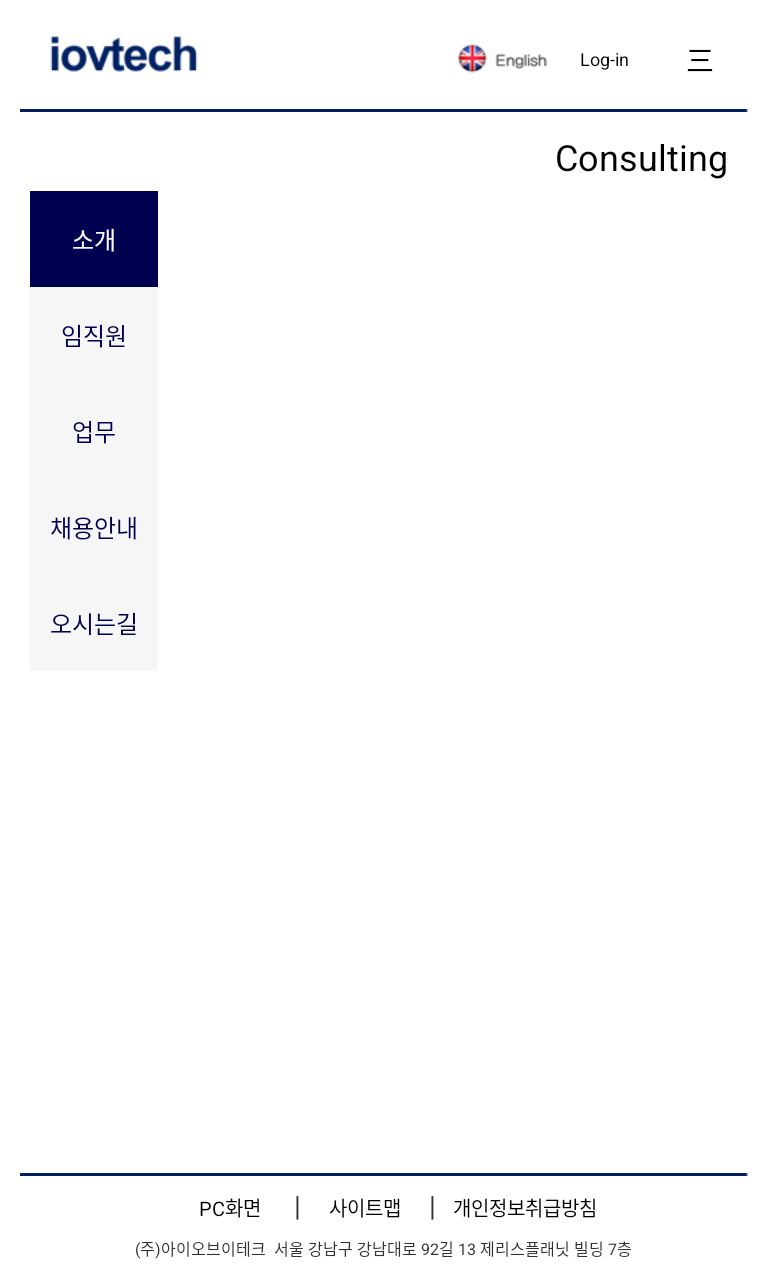
Repository: hyekkyung/CDH_Tutorials
Layout: Mobile_IOV/res/layout/m_consulting.xml
An editor plug-in stored every save of this project. The layout is shown before and after the next save, followed by the edit.
It is drawn on a 768 x 1280 px phone screen (xhdpi) without system bars, with theme AppTheme; the app's code is not run.

Above is the layout before, as saved 2015-02-02 08:35:33.

### Mobile_IOV/res/layout/m_consulting.xml
<?xml version="1.0" encoding="utf-8"?>
<RelativeLayout xmlns:android="http://schemas.android.com/apk/res/android"
    android:layout_width="match_parent"
    android:layout_height="match_parent"
    android:paddingLeft="10sp"
    android:paddingRight="10sp"
    android:paddingBottom="10sp"
    android:paddingTop="5sp" >

    <LinearLayout
        android:id="@+id/linearLayout1"
        android:layout_width="wrap_content"
        android:layout_height="wrap_content"
        android:layout_alignParentLeft="true"
        android:layout_alignParentRight="true"
        android:layout_alignParentTop="true" >

        <ImageButton
       		android:id="@+id/home_btn"
            style="?android:attr/buttonStyleSmall"
            android:layout_width="wrap_content"
            android:layout_height="wrap_content"
            android:background="#FFFFFF"
            android:src="@drawable/logo_03" />

        <ImageButton
       		android:id="@+id/kor_btn"
            style="?android:attr/buttonStyleSmall"
            android:layout_width="wrap_content"
            android:layout_height="wrap_content"
            android:background="#FFFFFF"
            android:layout_weight="0.5"
            android:layout_marginLeft="25sp"
            android:onClick="mOnclick" />

        <ImageView
       		android:id="@+id/lang_btn"
            android:layout_width="wrap_content"
            android:layout_height="wrap_content"
            android:background="@drawable/eng_btn"
            android:paddingLeft="3sp"
            android:onClick="mOnclick"
            android:layout_gravity="center" />

        <Button
       		android:id="@+id/join_btn"
            style="?android:attr/buttonStyleSmall"
            android:layout_width="wrap_content"
            android:layout_height="wrap_content"
            android:background="#FFFFFF"
            android:text="Log-in"
            android:textSize="9sp"
            android:layout_gravity="center" />

        <Button
       		android:id="@+id/sub_btn"
            style="?android:attr/buttonStyleSmall"
            android:layout_width="wrap_content"
            android:layout_height="wrap_content"
            android:background="#FFFFFF"
            android:text="三"
            android:layout_gravity="center" />

    </LinearLayout>

    <ImageView
        android:id="@+id/imageView1"
        android:layout_width="wrap_content"
        android:layout_height="wrap_content"
        android:layout_below="@+id/linearLayout1"
        android:layout_centerHorizontal="true"
        android:src="@drawable/sep_line" />

    <TextView
        android:id="@+id/textView1"
        android:layout_width="wrap_content"
        android:layout_height="wrap_content"
        android:layout_alignParentBottom="true"
        android:layout_centerHorizontal="true"
        android:paddingTop="5sp"
        android:text="(주)아이오브이테크  서울 강남구 강남대로 92길 13 제리스플래닛 빌딩 7층"
        android:textSize="8sp" />

    <LinearLayout
        android:id="@+id/linearLayout2"
        android:layout_width="wrap_content"
        android:layout_height="wrap_content"
        android:layout_above="@+id/textView1"
        android:layout_centerHorizontal="true" >

        <Button
            android:id="@+id/pc_btn"
            android:layout_width="wrap_content"
            android:layout_height="20sp"
            android:background="#FFFFFF"
            android:text=" PC화면 "
            android:textSize="10sp" />

        <TextView
            android:layout_width="wrap_content"
            android:layout_height="wrap_content"
            android:text="|"
            android:textAppearance="?android:attr/textAppearanceSmall" />

        <Button
            android:id="@+id/sitemap_btn"
            android:layout_width="wrap_content"
            android:layout_height="20sp"
            android:background="#FFFFFF"
            android:text=" 사이트맵 "
            android:textSize="10sp" />

        <TextView
            android:layout_width="wrap_content"
            android:layout_height="wrap_content"
            android:text="| "
            android:textAppearance="?android:attr/textAppearanceSmall" />

        <Button
            android:id="@+id/personal_btn"
            android:layout_width="wrap_content"
            android:layout_height="20sp"
            android:background="#FFFFFF"
            android:text="  개인정보취급방침 "
            android:textSize="10sp" />
    </LinearLayout>

    <ImageView
        android:id="@+id/imageView3"
        android:layout_width="wrap_content"
        android:layout_height="wrap_content"
        android:layout_above="@+id/linearLayout2"
        android:layout_alignLeft="@+id/imageView1"
        android:paddingTop="5sp"
        android:paddingBottom="5sp"
        android:src="@drawable/sep_line" />

    <LinearLayout
        android:layout_width="wrap_content"
        android:layout_height="wrap_content"
        android:layout_above="@+id/imageView3"
        android:layout_alignParentLeft="true"
        android:layout_alignRight="@+id/imageView3"
        android:layout_below="@+id/imageView1"
        android:paddingBottom="10sp"
        android:paddingRight="10sp"
        android:paddingLeft="5sp"
        android:paddingTop="10sp"
        android:orientation="vertical" >

        <TextView
            android:id="@+id/textView2"
            android:layout_width="wrap_content"
            android:layout_height="wrap_content"
            android:paddingBottom="5sp"
            android:paddingLeft="5sp"
            android:text="Consulting"
            android:textAppearance="?android:attr/textAppearanceMedium"
            android:layout_gravity="right" />

        <LinearLayout
            android:layout_width="match_parent"
            android:layout_height="match_parent" >

            <LinearLayout
                android:layout_width="wrap_content"
                android:layout_height="match_parent"
                android:orientation="vertical" >

                <Button
                    android:id="@+id/cs_1"
                    android:layout_width="wrap_content"
                    android:layout_height="wrap_content"
                    android:text="소개"
                    android:textSize="12sp"
                    android:textColor="#FAFAFA"
                    android:background="#000051" />

                <Button
                    android:id="@+id/cs_2"
                    android:layout_width="wrap_content"
                    android:layout_height="wrap_content"
                    android:background="#F6F6F6"
                    android:text="임직원"
                    android:textColor="#000051"
                    android:textSize="12sp" />

                <Button
                    android:id="@+id/cs_3"
                    android:layout_width="wrap_content"
                    android:layout_height="wrap_content"
                    android:background="#F6F6F6"
                    android:text="업무"
                    android:textColor="#000051"
                    android:textSize="12sp" />

                <Button
                    android:id="@+id/cs_4"
                    android:layout_width="wrap_content"
                    android:layout_height="wrap_content"
                    android:background="#F6F6F6"
                    android:text="채용안내"
                    android:textColor="#000051"
                    android:textSize="12sp" />

                <Button
                    android:id="@+id/cs_5"
                    android:layout_width="wrap_content"
                    android:layout_height="wrap_content"
                    android:background="#F6F6F6"
                    android:text="오시는길"
                    android:textColor="#000051"
                    android:textSize="12sp" />

            </LinearLayout>

            <ScrollView
                android:id="@+id/scrollView1"
                android:layout_width="match_parent"
                android:layout_height="match_parent" >
            </ScrollView>

        </LinearLayout>

    </LinearLayout>

</RelativeLayout>

Loaded but not shown: Mobile_IOV/res/values/styles.xml (common file); Mobile_IOV/res/values-v11/styles.xml (common file); Mobile_IOV/res/values-v14/styles.xml (common file)

After the next save:
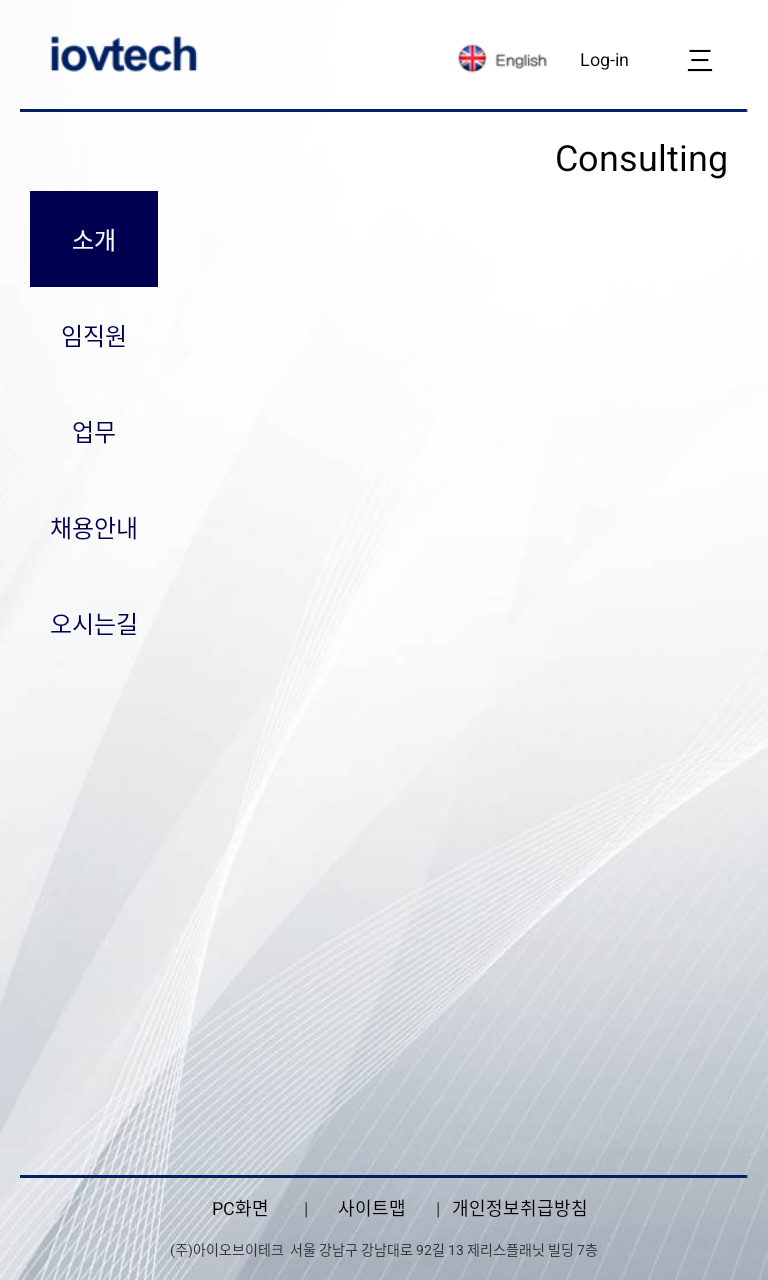
Saved 68 s later.
--- a/Mobile_IOV/res/layout/m_consulting.xml
+++ b/Mobile_IOV/res/layout/m_consulting.xml
@@ -2,9 +2,10 @@
 <RelativeLayout xmlns:android="http://schemas.android.com/apk/res/android"
     android:layout_width="match_parent"
     android:layout_height="match_parent"
+    android:background="@drawable/bg_main"
+    android:paddingBottom="10sp"
     android:paddingLeft="10sp"
     android:paddingRight="10sp"
-    android:paddingBottom="10sp"
     android:paddingTop="5sp" >
 
     <LinearLayout
@@ -20,7 +21,7 @@
             style="?android:attr/buttonStyleSmall"
             android:layout_width="wrap_content"
             android:layout_height="wrap_content"
-            android:background="#FFFFFF"
+            android:background="#00000000"
             android:src="@drawable/logo_03" />
 
         <ImageButton
@@ -28,7 +29,7 @@
             style="?android:attr/buttonStyleSmall"
             android:layout_width="wrap_content"
             android:layout_height="wrap_content"
-            android:background="#FFFFFF"
+            android:background="#00000000"
             android:layout_weight="0.5"
             android:layout_marginLeft="25sp"
             android:onClick="mOnclick" />
@@ -47,7 +48,7 @@
             style="?android:attr/buttonStyleSmall"
             android:layout_width="wrap_content"
             android:layout_height="wrap_content"
-            android:background="#FFFFFF"
+            android:background="#00000000"
             android:text="Log-in"
             android:textSize="9sp"
             android:layout_gravity="center" />
@@ -57,7 +58,7 @@
             style="?android:attr/buttonStyleSmall"
             android:layout_width="wrap_content"
             android:layout_height="wrap_content"
-            android:background="#FFFFFF"
+            android:background="#00000000"
             android:text="三"
             android:layout_gravity="center" />
 
@@ -79,7 +80,7 @@
         android:layout_centerHorizontal="true"
         android:paddingTop="5sp"
         android:text="(주)아이오브이테크  서울 강남구 강남대로 92길 13 제리스플래닛 빌딩 7층"
-        android:textSize="8sp" />
+        android:textSize="7sp" />
 
     <LinearLayout
         android:id="@+id/linearLayout2"
@@ -92,37 +93,39 @@
             android:id="@+id/pc_btn"
             android:layout_width="wrap_content"
             android:layout_height="20sp"
-            android:background="#FFFFFF"
+            android:background="#00000000"
             android:text=" PC화면 "
-            android:textSize="10sp" />
+            android:textSize="9sp" />
 
         <TextView
             android:layout_width="wrap_content"
             android:layout_height="wrap_content"
             android:text="|"
+            android:textSize="9sp"
             android:textAppearance="?android:attr/textAppearanceSmall" />
 
         <Button
             android:id="@+id/sitemap_btn"
             android:layout_width="wrap_content"
             android:layout_height="20sp"
-            android:background="#FFFFFF"
+            android:background="#00000000"
             android:text=" 사이트맵 "
-            android:textSize="10sp" />
+            android:textSize="9sp" />
 
         <TextView
             android:layout_width="wrap_content"
             android:layout_height="wrap_content"
             android:text="| "
+            android:textSize="9sp"
             android:textAppearance="?android:attr/textAppearanceSmall" />
 
         <Button
             android:id="@+id/personal_btn"
             android:layout_width="wrap_content"
             android:layout_height="20sp"
-            android:background="#FFFFFF"
+            android:background="#00000000"
             android:text="  개인정보취급방침 "
-            android:textSize="10sp" />
+            android:textSize="9sp" />
     </LinearLayout>
 
     <ImageView
@@ -180,7 +183,7 @@
                     android:id="@+id/cs_2"
                     android:layout_width="wrap_content"
                     android:layout_height="wrap_content"
-                    android:background="#F6F6F6"
+                    android:background="#00000000"
                     android:text="임직원"
                     android:textColor="#000051"
                     android:textSize="12sp" />
@@ -189,7 +192,7 @@
                     android:id="@+id/cs_3"
                     android:layout_width="wrap_content"
                     android:layout_height="wrap_content"
-                    android:background="#F6F6F6"
+                    android:background="#00000000"
                     android:text="업무"
                     android:textColor="#000051"
                     android:textSize="12sp" />
@@ -198,7 +201,7 @@
                     android:id="@+id/cs_4"
                     android:layout_width="wrap_content"
                     android:layout_height="wrap_content"
-                    android:background="#F6F6F6"
+                    android:background="#00000000"
                     android:text="채용안내"
                     android:textColor="#000051"
                     android:textSize="12sp" />
@@ -207,7 +210,7 @@
                     android:id="@+id/cs_5"
                     android:layout_width="wrap_content"
                     android:layout_height="wrap_content"
-                    android:background="#F6F6F6"
+                    android:background="#00000000"
                     android:text="오시는길"
                     android:textColor="#000051"
                     android:textSize="12sp" />
